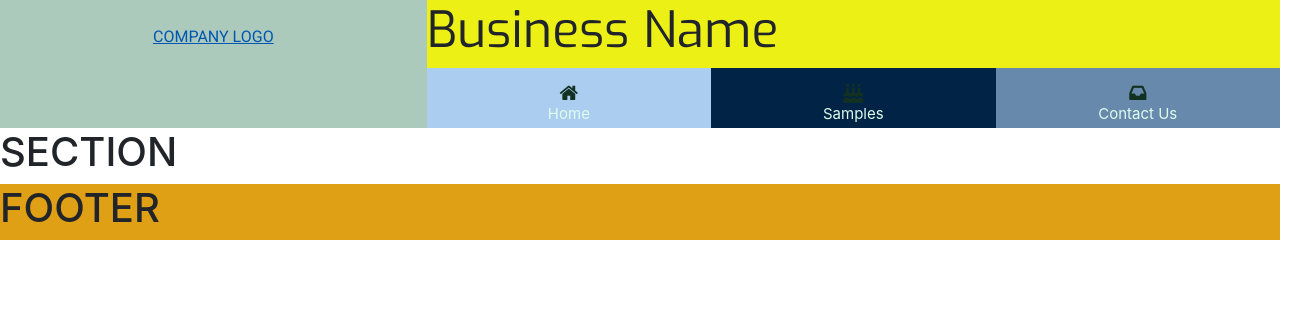
Repository: seanjcarley/Milestone1
Page: index.html
The author's editor kept a record of every edit. The page is drawn from the files as they stood at one moment, then again after the next edit.
The browser window is 1280 px wide. The page is 1295 px wide, so the pictures cover 1295 px, including what lies to the right of the window. The pictures show the whole page.

Above is the page before.

### index.html
<!DOCTYPE html>
<html lang="en">

<head>
    <meta charset="UTF-8">
    <meta name="viewport" content="width=device-width, initial-scale=1.0">
    <meta http-equiv="X-UA-Compatible" content="ie=edge">
    <link rel="stylesheet" href="https://stackpath.bootstrapcdn.com/bootstrap/4.3.1/css/bootstrap.min.css" type="text/css" />
    <link rel="stylesheet" href="https://stackpath.bootstrapcdn.com/font-awesome/4.7.0/css/font-awesome.min.css" type="text/css">
    <link rel="stylesheet" href="https://cdnjs.cloudflare.com/ajax/libs/hover.css/2.3.1/css/hover-min.css" type="text/css">
    <link rel="stylesheet" href="css/style.css">
    <title>XXXXX Bakery and Novelty Cakes</title>
</head>

<body>
    <header>
        <div class="row no-gutters">
            <a href="#" class="col-md-4 logo">COMPANY LOGO</a>
            <div class="col-md-8">
                <div class="row no-gutters">
                    <div class="col">
                        <h1 class="name">Business Name</h1>
                    </div>
                </div>
                <div class="row no-gutters">
                    <div class="col">
                        <ul id="nav" class="list-inline menucontainer">
                            <li class="col col-sm-4 menu-item-color-home list-inline-item menuitem">
                                <a href="index.html"><i class="fa fa-home" aria-hidden="true"></i><span>Home</span></a>
                            </li>
                            <li class="col col-sm-4 menu-item-color-samples list-inline-item menuitem">
                                <a href="#"><i class="fa fa-birthday-cake" aria-hidden="true"></i><span>Samples</span></a>
                            </li>
                            <li class="col col-sm-4 menu-item-color-contact list-inline-item menuitem">
                                <a href="#"><i class="fa fa-inbox" aria-hidden="true"></i><span>Contact Us</span></a>
                            </li>
                        </ul>
                    </div>
                </div>
            </div>
        </div>
    </header>
    <section>
        <div class="row">
            <div class="col">
                <h1>SECTION</h1>
            </div>
        </div>
    </section>
    <footer>
        <div class="row">
            <div class="col">
                <h1>FOOTER</h1>
            </div>

        </div>
    </footer>
</body>

</html>

### css/style.css
@import url('https://fonts.googleapis.com/css?family=Roboto:100,200,300,400,500,600,700|Exo:100,200,300,400,500,600,700');

/*----------------------------------------------------------------------------*/
/* Colours */
/*----------------------------------------------------------------------------*/

.menu-item-color-home {
    background-color: #abcdef;
}

.menu-item-color-samples {
    background-color: #012345;
}

.menu-item-color-contact {
    background-color: #6789ab;
}

/*----------------------------------------------------------------------------*/
/* Header */
/*----------------------------------------------------------------------------*/

header {
    margin: 0;
    background-color: #edf015;
}

.name {
    font-family: "Exo", sans-serif;
    font-weight: 400;
    font-size: 50px;
}

.logo {
    background: url("#");
    background-position: center;
    background-repeat: no-repeat;
    background-size: cover;
    background-color: #abcabc;
    font-family: "Roboto", sans-serif;
    text-align: center;
    padding-top: 25px;
}

.list-inline-item:not(:last-child) {
    margin-right: 0;
}

.menucontainer {
    font-size: 0;
}

#nav li {
    font-size: 14px;
    padding: 0;
}

#nav {
    margin: 0;
}

.menuitem {
    height: 60px;
    text-align: center;
    padding: 0;
}

.menuitem a {
    width: 100%;
    text-decoration: none;
    color: #defdef;
    height: 100%;
}

.menuitem a i {
    padding-top: 15px;
    display: block;
    color: #123123;
    font-size: 20px;
}

.menuitem span {
    font-size: 15px;
}

/*----------------------------------------------------------------------------*/
/* Section */
/*----------------------------------------------------------------------------*/

section {
    margin: 0;
}

/*----------------------------------------------------------------------------*/
/* Footer */
/*----------------------------------------------------------------------------*/

footer {
    margin: 0;
    background-color: #dfa015;
}

/*----------------------------------------------------------------------------*/
/* Media Queries */
/*----------------------------------------------------------------------------*/

After the next edit:
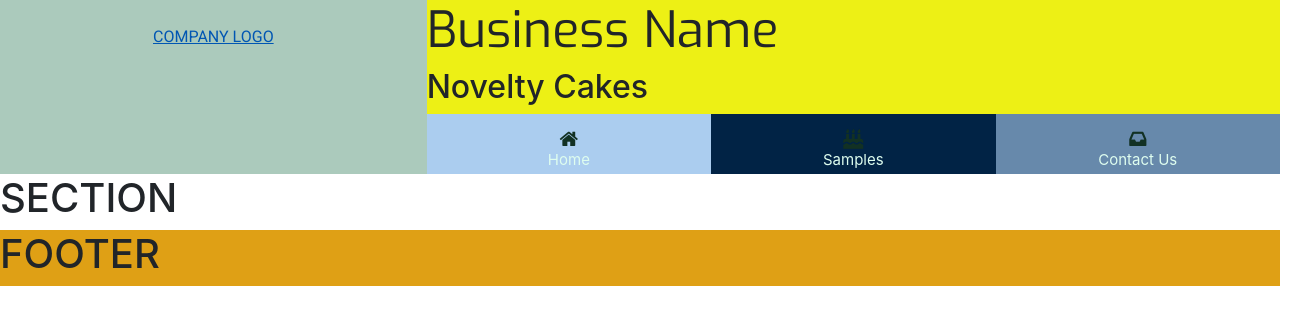
The edit:
--- a/index.html
+++ b/index.html
@@ -20,6 +20,7 @@
                 <div class="row no-gutters">
                     <div class="col">
                         <h1 class="name">Business Name</h1>
+                        <h2 class="desc">Novelty Cakes</h2>
                     </div>
                 </div>
                 <div class="row no-gutters">
